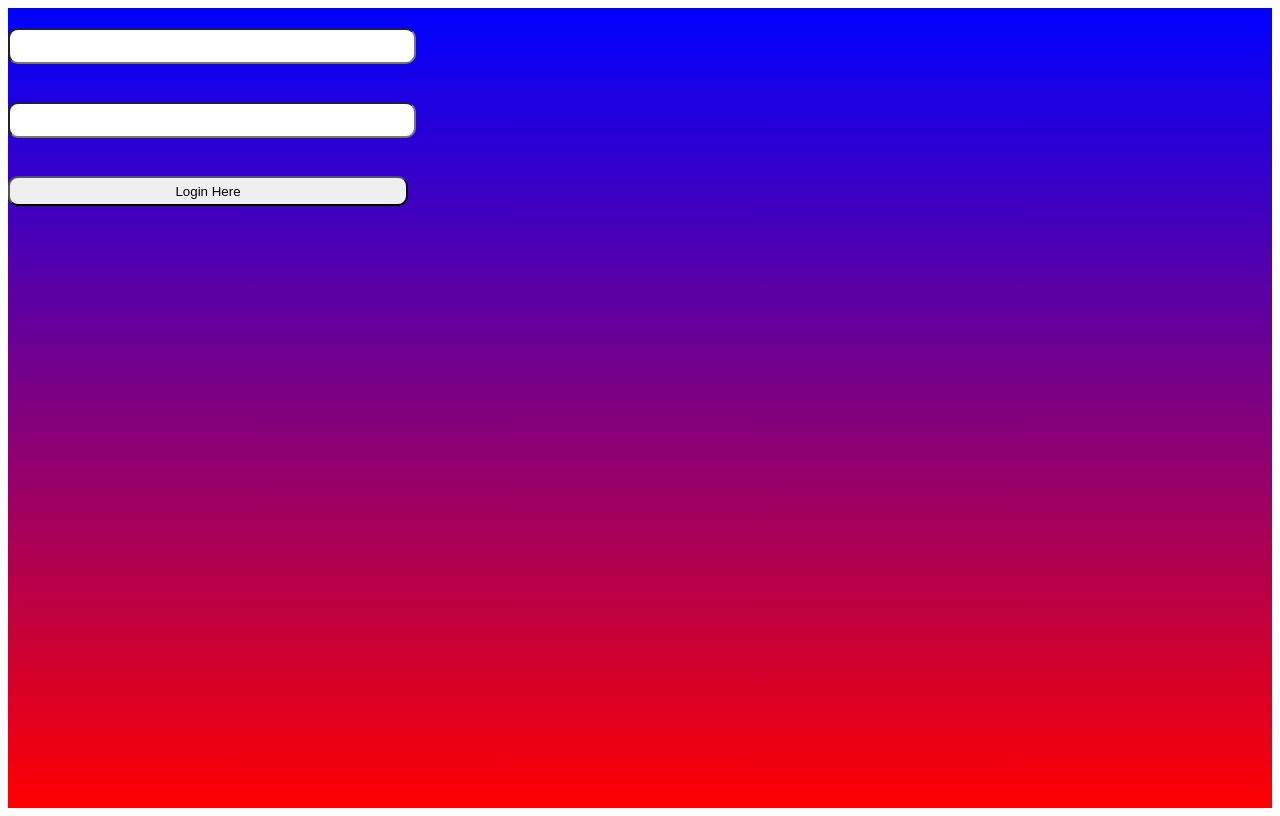
Repository: vaibhaokamble/MY_INSTITUTE_PUNE
Page: SERVLET/LoginServerApplication/src/main/webapp/login.html
An editor plug-in stored every save of this project. The page is shown before and after the next save, followed by the edit.
The browser window is 1280 px wide. The pictures show the whole page.

Above is the page before, as saved 2022-10-18 09:37:07.

After the next save:
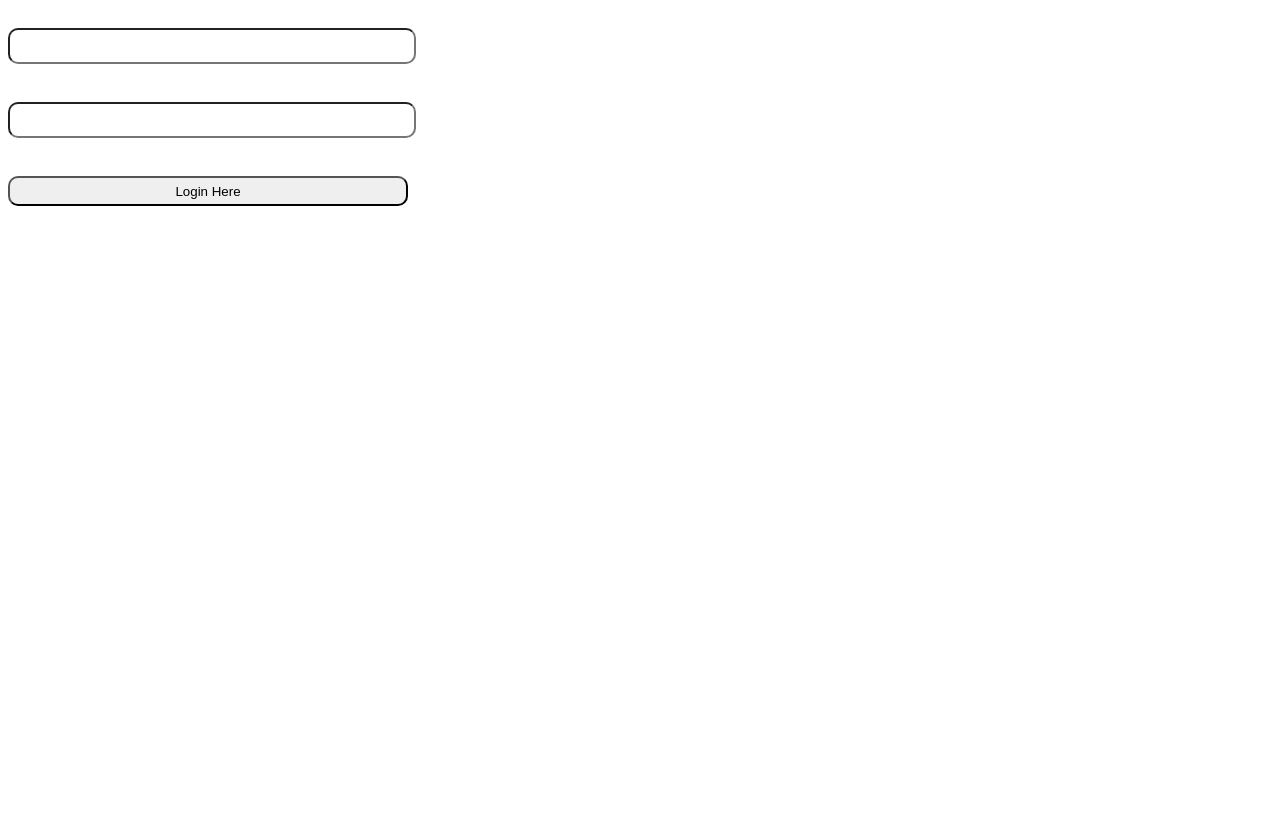
Saved 16 s later.
--- a/SERVLET/LoginServerApplication/src/main/webapp/css/style.css
+++ b/SERVLET/LoginServerApplication/src/main/webapp/css/style.css
@@ -4,7 +4,7 @@
 {
 	width: 100%;
 	height: 800px;
-	background-image: linear-gradient(blue, red);
+	background-image: linear-gradient(blue);
 }
 .control {
 	width: 400px;
